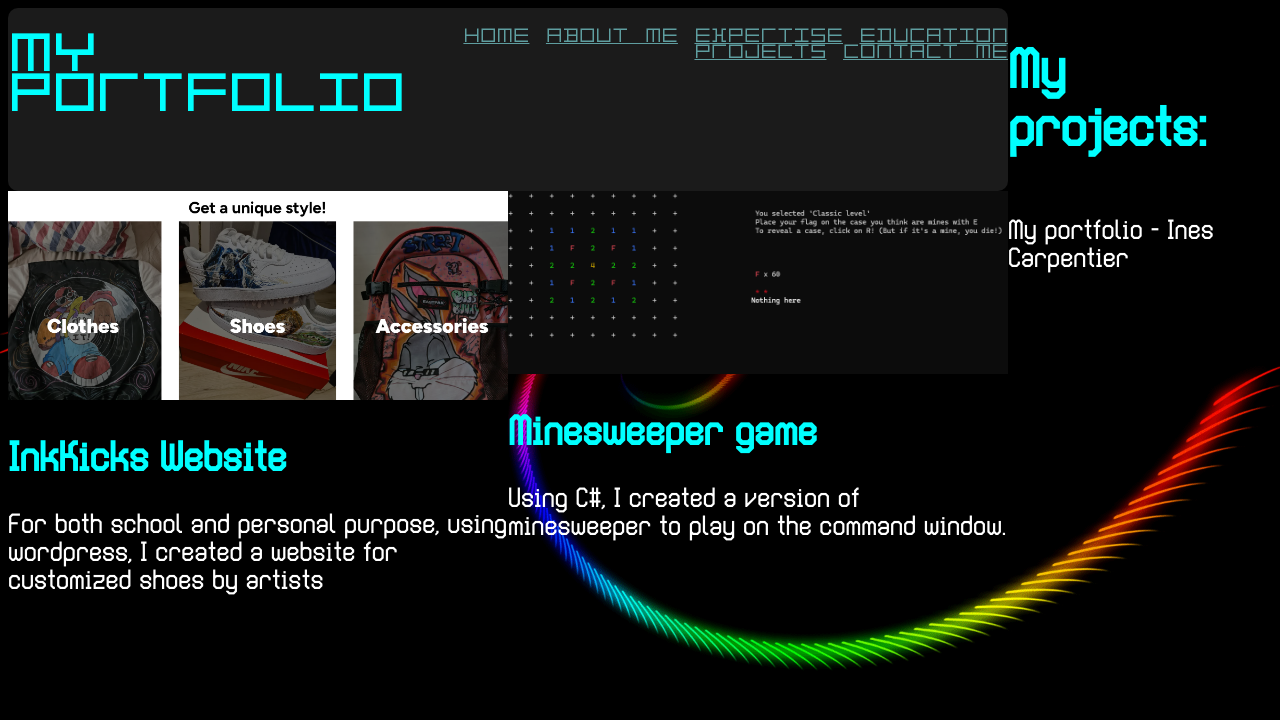
Repository: InsCarp/InsCarp
Page: project.html
The author's editor kept a copy of each file at every save. The page is drawn from the files as they stood at one save, then again after the next save.
The browser window is 1280 px wide. The pictures show the whole page.
Backgrounds fixed to the window are drawn as part of the page.

Above is the page before, as saved 2026-05-08 14:10:57.

### project.html
<!DOCTYPE html>
<html lang="en">
<head>
    <meta charset="UTF-8">
    <meta name="viewport" content="width=device-width, initial-scale=1.0">
    <link rel="icon" href="/assets/images/Logo.svg" type="image/svg" />
    <link rel="stylesheet" href="/styles/globals.css" type="text/css"/>
    <link rel="stylesheet" href="/styles/project.css" type="text/css"/>

    <title>My portfolio - Projects</title>
</head>
<header>
    <h1 id="Title">My portfolio</h1>
    <nav>
        <a href="index.html">Home</a>
        <a href="#About">About me</a>
        <a href="#Expertise">Expertise</a>
        <a href="#Education">Education</a>
        <a href="project.html">Projects</a> <!--Put my project page here-->
        <a href="#Contact">Contact me</a>
    </nav>
</header>
<body>
    <h1>My projects:</h1>
    <aside>
        <article id="web">
            <a href="" target="myproject">
             <img src="/assets/images/website.png" alt="Image of my website project" id="webimg"/>
            </a>
            <h2>InkKicks Website</h2>
             <p>For both school and personal purpose, using wordpress, I created a website for customized shoes by artists</p>
        </article>
        <article id="csharp">
            <a href="" target="myproject">
             <img src="/assets/images/minesweeper.png" alt="Image of my project" id="mine"/>
            </a>
            <h2>Minesweeper game</h2>
            <p>Using C#, I created a version of minesweeper to play on the command window.</p>

        </article>
    </aside>
</body>
<footer>
    <p>My portfolio - Ines Carpentier</p>
</footer>
</html>

### styles/globals.css
@font-face {
    font-family: Title;
    src: url(/assets/fonts/Y224-2vdae.ttf);
}
@font-face {
    font-family: Portfolio;
    src: url(/assets/fonts/Eightgon-OGn6p.ttf);
}

html{
    font-size:25px;
}

a {
    color:cadetblue;
}

a:visited{
    color:aquamarine;
}
a:hover{
    color:greenyellow;
}
a:active{
    color:yellow;
}

body{
    background-color:rgb(0, 2, 36);
    color:rgb(255, 255, 255);
    background-image: url(../assets/images/back.gif);
    background-size: cover;
    background-repeat: no-repeat;
    background-attachment: fixed;
    font-family: Portfolio;
}




h1, h2{
    color:aqua;

}

h3{
    color:aquamarine;
}


header {

    display: flex;

    flex-direction: row;
    font-family: Title;
    justify-content: space-between;
    background-color:rgb(27, 27, 27);
    border-radius: 10px;
    font-size:0.8rem;


}
nav{
    display:none;
}


@media only screen and (min-width: 800px){
    header {
    display: flex;
    flex-direction: row;
    font-family: Title;
    justify-content: space-between;

}
nav{
    text-align:right;
    display:initial;
    font-size:0.4rem;
    margin-top:8%;


}
}

@media only screen and (min-width: 1200px){
    header {
    display: flex;
    flex-direction: row;
    font-family: Title;
    justify-content: space-between;



}
nav{
    text-align:right;
    display:initial;
    font-size:0.6rem;
    margin-top:2%;



}
}

### styles/project.css
#webimg {
    width: 20rem;
}

#mine{
    width: 20rem;
}

body{
    display: grid;
  grid-template-columns: 1fr 3fr;
}

aside{
    display: flex;
    flex-direction: row;
}

After the next save:
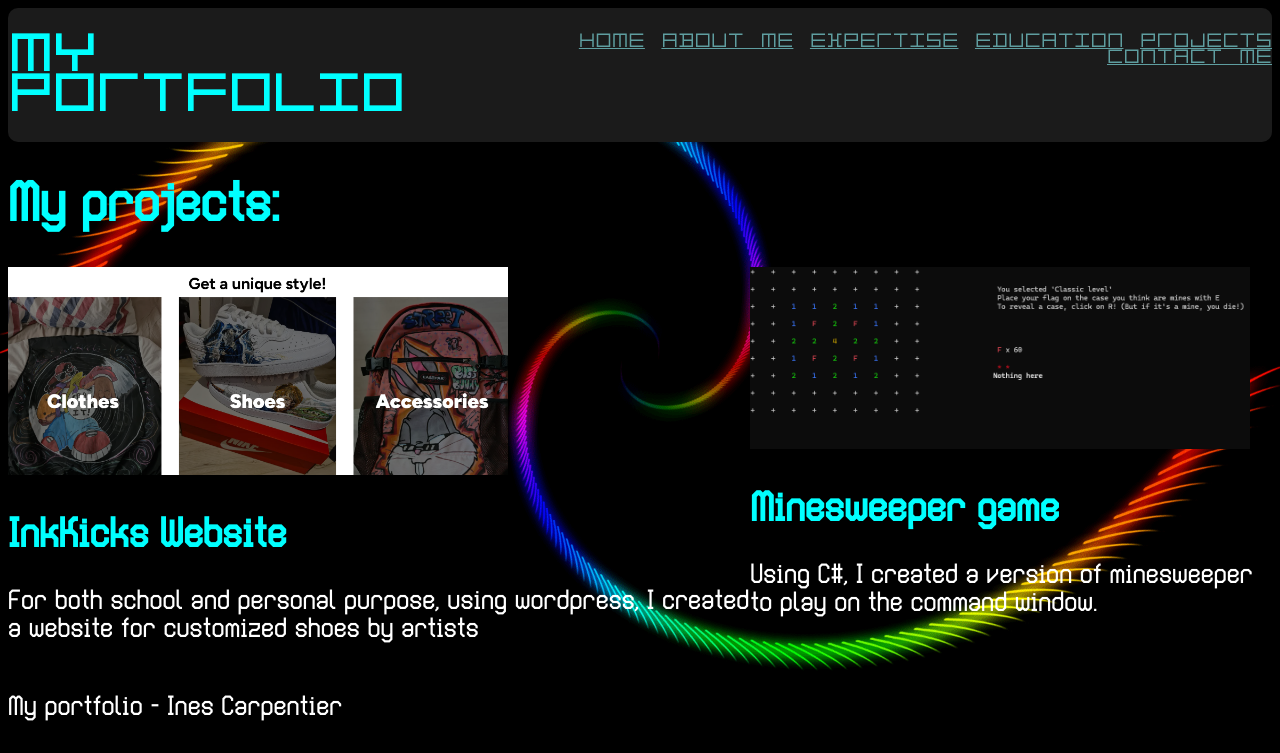
Saved 67 s later.
--- a/styles/project.css
+++ b/styles/project.css
@@ -8,7 +8,7 @@
 
 body{
     display: grid;
-  grid-template-columns: 1fr 3fr;
+
 }
 
 aside{

After the save that followed:
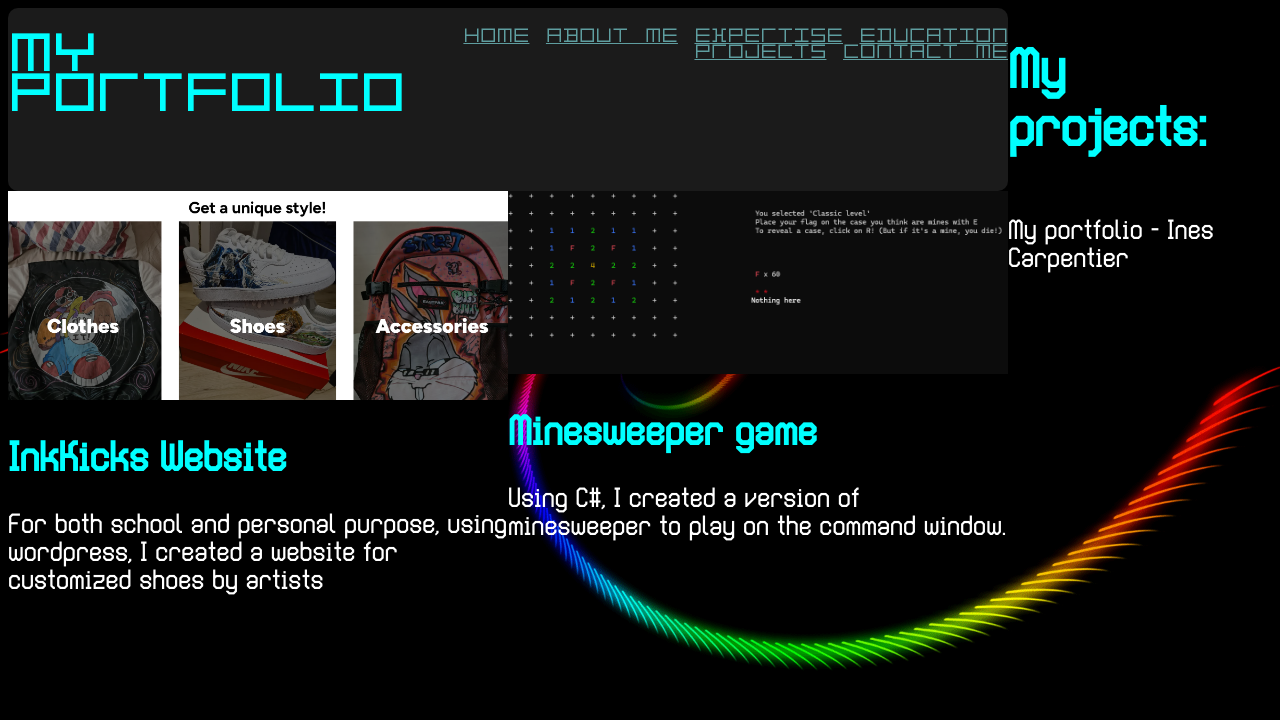
Saved 4 s later.
--- a/styles/project.css
+++ b/styles/project.css
@@ -8,7 +8,7 @@
 
 body{
     display: grid;
-
+  grid-template-columns: 1fr 3fr;
 }
 
 aside{
